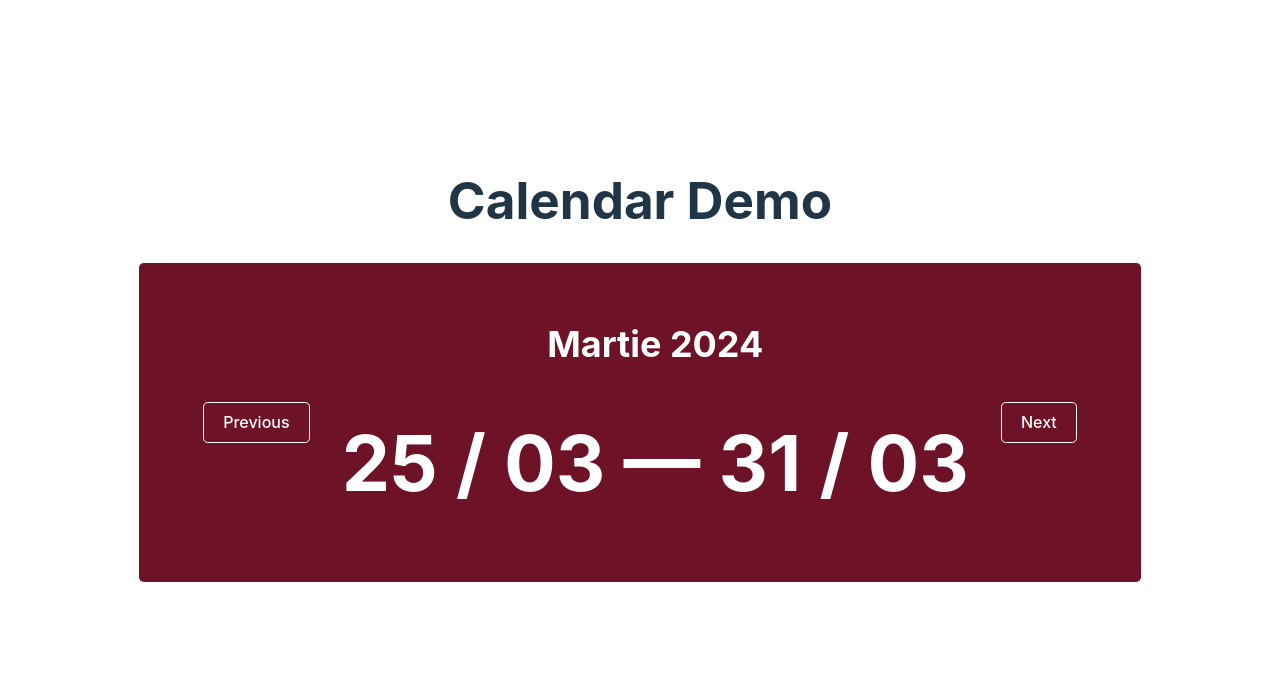
Repository: Maryie-B/weekly-calendar-scheduler
Page: /
The author's editor kept a copy of each file at every save. The page is drawn from the files as they stood at one save, then again after the next save.
The browser window is 1280 px wide. The pictures show the whole page.
The project was rebuilt for these pictures with package versions that can differ from the ones it lists, and the page was loaded fresh each time. Also part of the build but not shown: vite.config.js.

Above is the page before, as saved 2024-03-26 13:08:28.

### src/App.jsx
import './App.css'
import Calendar from './Calendar'

function App() {

  return (
    <>
      <h1>Calendar Demo</h1>
      <div className='calendar-wrapper'>

        <Calendar />

      </div>
    </>
  )
}

export default App

### src/App.css
#root {
  max-width: 1280px;
  margin: 0 auto;
  padding: 2rem;
  text-align: center;
}

.calendar-wrapper {
  display: flex;
  justify-content: center;
  align-items: center;
  background-color: rgb(110, 18, 40);
  color: white;
  padding: 1.5rem 3rem;
  border-radius: 0.3rem;
}


.calendar-button {
  background-color: rgba(0, 0, 0, 0);
  border-color: white;
  border-radius: 0.3rem;
  color: white;
  font-size: 1rem;
  margin: 1rem;
}

.calendar-text {
  font-size: 1.5rem;
  padding: 0rem 1rem;
}

### src/Calendar.jsx


const Calendar = () => {
  const now = new Date();

  const currentDay = now.getDay();
  const untilMonday = currentDay === 0 ? 6 : currentDay - 1;
  const weekStart = new Date(now);
  weekStart.setDate(now.getDate() - untilMonday);

  const weekEnd = new Date(weekStart);
  weekEnd.setDate(weekStart.getDate() + 6);

  const monthsNames = ['Ianuarie', 'Februarie', 'Martie', 'Aprilie',
                        'Mai', 'Iunie', 'Iulie', 'August', 'Septembrie', 'Octombrie', 'Noiembrie', 'Decembrie'];

  const monthName = monthsNames[weekStart.getMonth()];
  let weekStartMonthNumber = weekStart.getMonth() + 1;
  let weekEndMonthNumber = weekEnd.getMonth() + 1;

  weekStartMonthNumber = weekStartMonthNumber < 10 ? `0${weekStartMonthNumber}` : weekStartMonthNumber;
  weekEndMonthNumber = weekEndMonthNumber < 10 ? `0${weekEndMonthNumber}` : weekEndMonthNumber;

  const datesRange = `${weekStart.getDate()} / ${weekStartMonthNumber} — ${weekEnd.getDate()} / ${weekEndMonthNumber}`;

  const year = weekStart.getFullYear();

  return (
    <>
        <button className='calendar-button'>Previous</button>
        <div className="calendar-text">
        <h2>{monthName} {year}</h2>
        <h1>{datesRange}</h1>
        </div>
        <button className='calendar-button'>Next</button>
    </>
  )
}

export default Calendar

Loaded but not shown: index.html (common file); src/main.jsx (common file); src/index.css (common file)

After the next save:
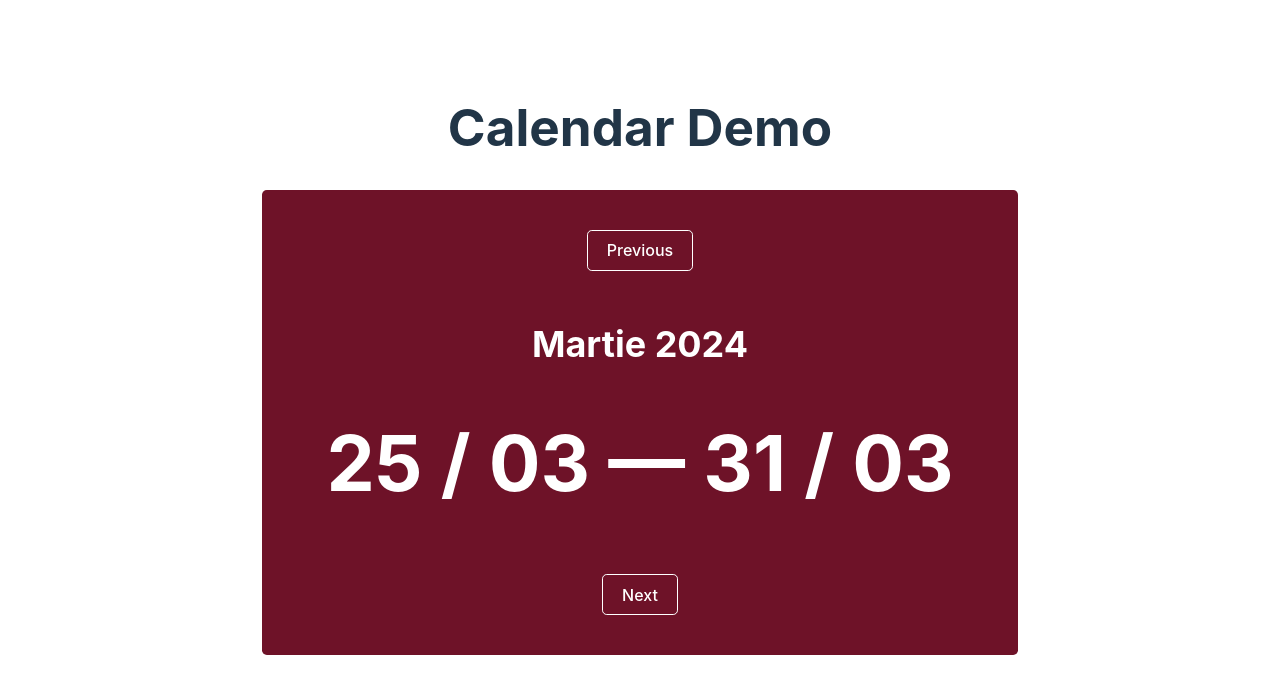
Saved 11 s later.
--- a/src/Calendar.jsx
+++ b/src/Calendar.jsx
@@ -27,12 +27,12 @@
 
   return (
     <>
+        <div className="calendar-text">
         <button className='calendar-button'>Previous</button>
-        <div className="calendar-text">
         <h2>{monthName} {year}</h2>
         <h1>{datesRange}</h1>
+        <button className='calendar-button'>Next</button>
         </div>
-        <button className='calendar-button'>Next</button>
     </>
   )
 }

After the save that followed:
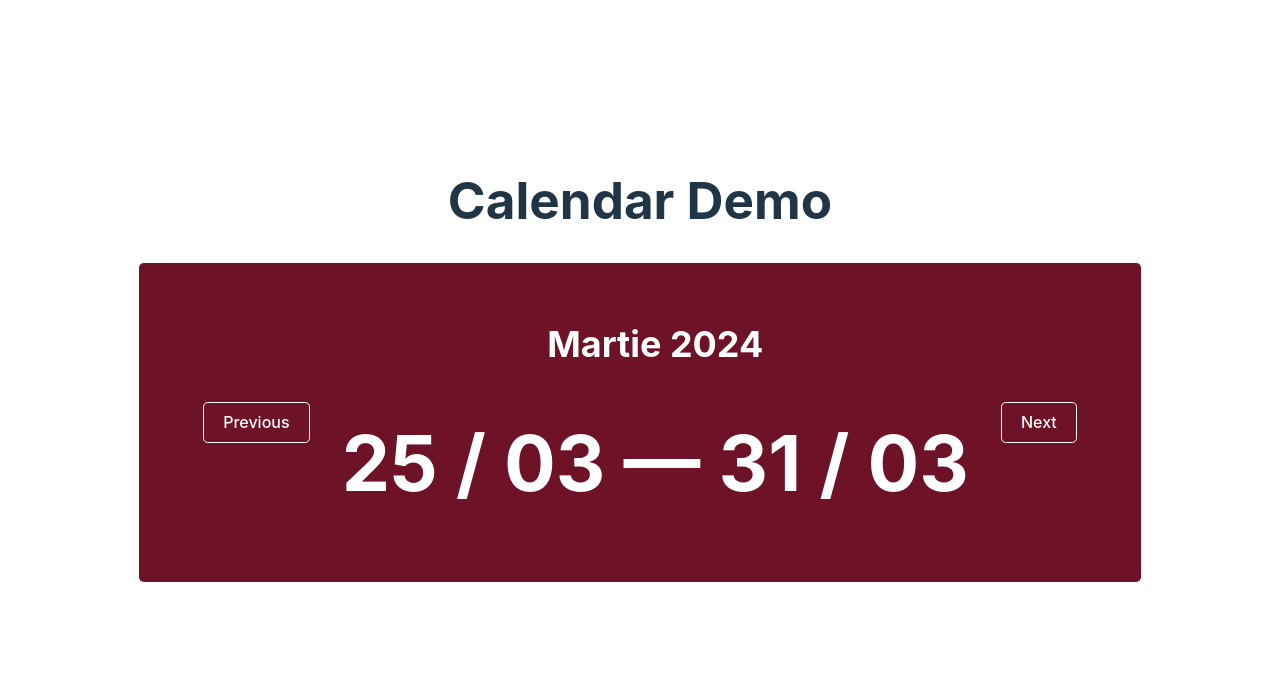
Saved 7 s later.
--- a/src/Calendar.jsx
+++ b/src/Calendar.jsx
@@ -27,12 +27,12 @@
 
   return (
     <>
+        <button className='calendar-button'>Previous</button>
         <div className="calendar-text">
-        <button className='calendar-button'>Previous</button>
         <h2>{monthName} {year}</h2>
         <h1>{datesRange}</h1>
+        </div>
         <button className='calendar-button'>Next</button>
-        </div>
     </>
   )
 }
